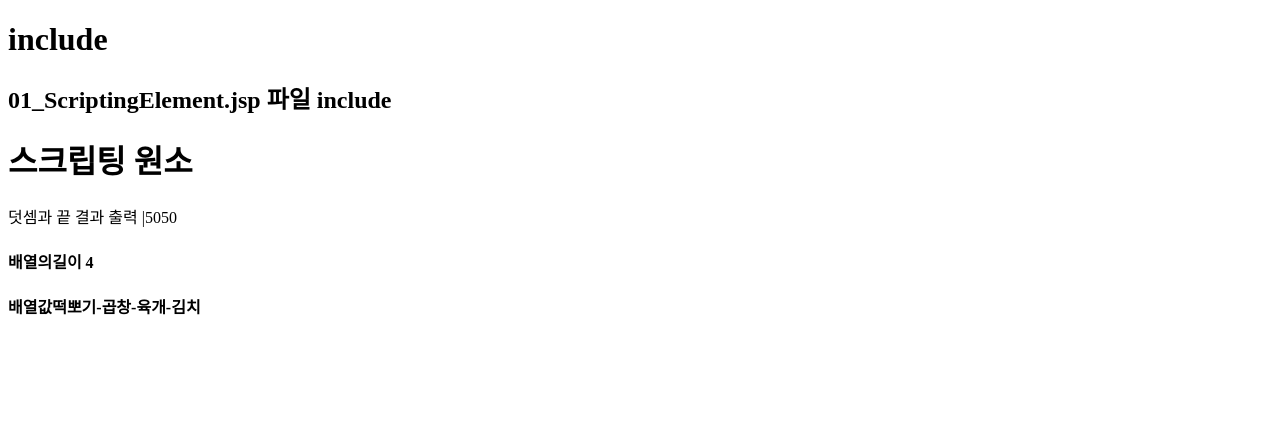
Repository: alswnsghd1234/Server_Study
Page: http://localhost/2_JSP/views/03_DirectiveInclude.jsp
The author's editor kept a copy of each file at every save. The page is drawn from the files as they stood at one save, then again after the next save.
The browser window is 1280 px wide. The pictures show the whole page.
The page is served by Tomcat 9.

Above is the page before, as saved 2022-04-27 08:42:03.

After the next save:
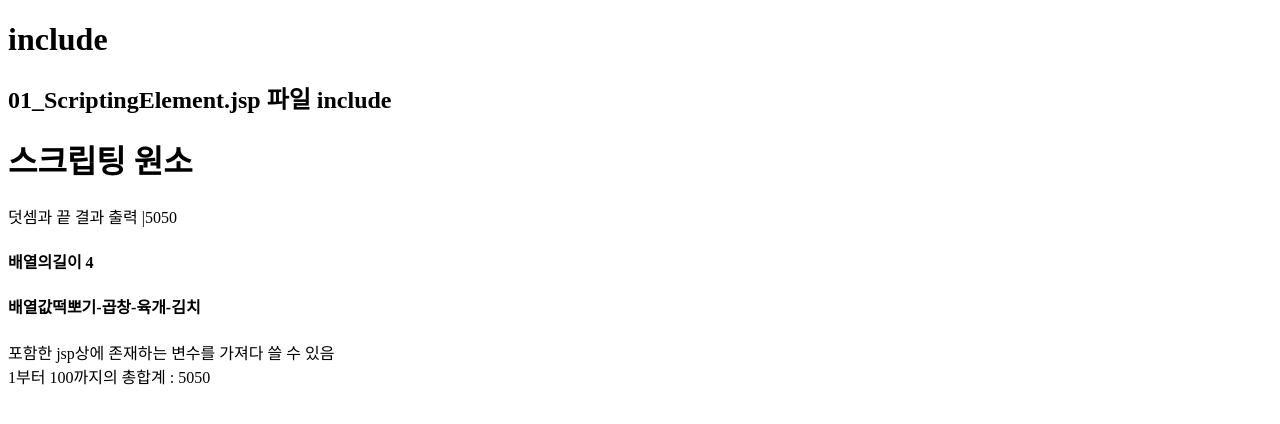
Saved 45 s later.
--- a/2_JSP/WebContent/views/03_DirectiveInclude.jsp
+++ b/2_JSP/WebContent/views/03_DirectiveInclude.jsp
@@ -12,5 +12,7 @@
 	<h2>01_ScriptingElement.jsp 파일 include</h2>
 	<%@ include file="01_ScriptingElement.jsp" %>
 
+	포함한 jsp상에 존재하는 변수를 가져다 쓸 수 있음 <br>
+	1부터 100까지의 총합계 : <%=sum %>
 </body>
 </html>
